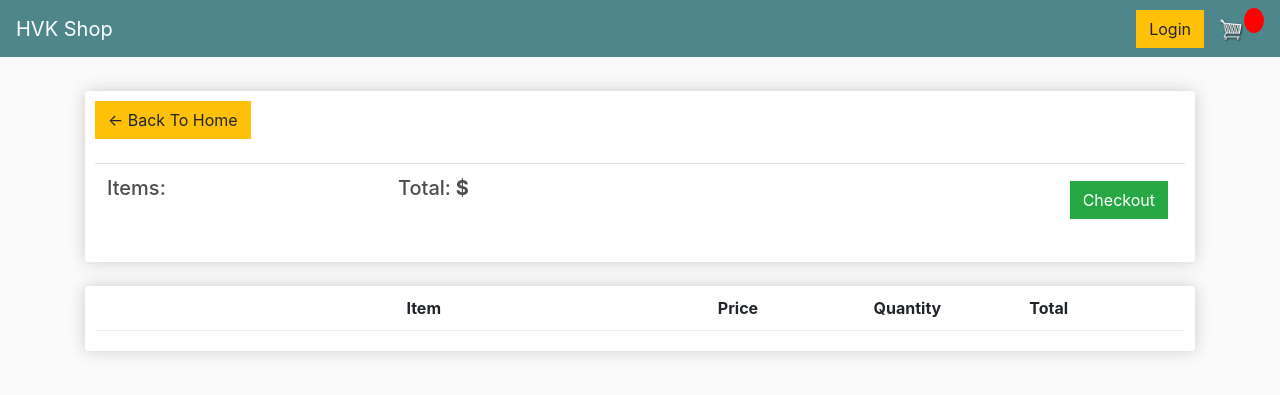
Repository: michaelphandeveloper/Ecommerce-Website-Python
Page: ecommerce/store/templates/store/cart.html
The author's editor kept a copy of each file at every save. The page is drawn from the files as they stood at one save, then again after the next save.
The browser window is 1280 px wide. The pictures show the whole page.
The template is drawn by Django 4.2. The application's start-up code is not run. Other server files are loaded and not shown. The template is opened directly, without the code that normally fills it, so the values that code supplies are empty.

Above is the page before, as saved 2022-12-21 19:00:46.

### ecommerce/store/templates/store/cart.html
{% extends 'store/main.html' %} {% load static %} {% block content %}
<div class="row">
  <div class="col-lg-12">
    <div class="box-element">
      <a class="btn btn-warning" href="{% url 'store' %}"
        >&#x2190; Back To Home</a
      >

      <br />
      <br />
      <table class="table">
        <tr>
          <th>
            <h5>Items: <strong>{{order.get_cart_items}}</strong></h5>
          </th>
          <th>
            <h5>Total:<strong> ${{order.get_cart_total}}</strong></h5>
          </th>
          <th>
            <a
              style="float: right; margin: 5px"
              class="btn btn-success"
              href="{% url 'checkout' %}"
              >Checkout</a
            >
          </th>
        </tr>
      </table>
    </div>

    <br />
    <div class="box-element">
      <div class="cart-row">
        <div style="flex: 2"></div>
        <div style="flex: 2"><strong>Item</strong></div>
        <div style="flex: 1"><strong>Price</strong></div>
        <div style="flex: 1"><strong>Quantity</strong></div>
        <div style="flex: 1"><strong>Total</strong></div>
      </div>

      {% for item in items %}
      <div class="cart-row">
        <div style="flex: 2">
          <img class="row-image" src="{{item.product.image.url}}" />
        </div>
        <div style="flex: 2"><p>{{item.product.name}}</p></div>
        <div style="flex: 1"><p>${{item.product.price|floatformat:2}}</p></div>
        <div style="flex: 1">
          <p class="quantity">{{item.quantity}}</p>
          <div class="quantity">
            <img
              data-product="{{item.product.id}}"
              data-action="add"
              class="chg-quantity update-cart"
              src="{% static  'images/arrow-up.png' %}"
            />

            <img
              data-product="{{item.product.id}}"
              data-action="remove"
              class="chg-quantity update-cart"
              src="{% static  'images/arrow-down.png' %}"
            />
          </div>
        </div>
        <div style="flex: 1"><p>${{item.get_total}}</p></div>
      </div>
      {% endfor %}
    </div>
  </div>
</div>
{% endblock content %}

### ecommerce/store/templates/store/main.html
<!DOCTYPE html>
{% load static %}

<style>
  .hello-msg {
    color: #ffffff;
  }
</style>

<html>
  <head>
    <title>Home</title>

    <meta
      name="viewport"
      content="width=device-width, initial-scale=1, maximum-scale=1, minimum-scale=1"
    />

    <link
      rel="stylesheet"
      href="https://stackpath.bootstrapcdn.com/bootstrap/4.4.1/css/bootstrap.min.css"
      integrity="sha384-Vkoo8x4CGsO3+Hhxv8T/Q5PaXtkKtu6ug5TOeNV6gBiFeWPGFN9MuhOf23Q9Ifjh"
      crossorigin="anonymous"
    />

    <link rel="stylesheet" type="text/css" href="{% static 'css/main.css' %}" />

    <script type="text/javascript">
      var user = "{{request.user}}";

      function getToken(name) {
        var cookieValue = null;
        if (document.cookie && document.cookie !== "") {
          var cookies = document.cookie.split(";");
          for (var i = 0; i < cookies.length; i++) {
            var cookie = cookies[i].trim();
            if (cookie.substring(0, name.length + 1) === name + "=") {
              cookieValue = decodeURIComponent(
                cookie.substring(name.length + 1)
              );
              break;
            }
          }
        }
        return cookieValue;
      }
      var csrftoken = getToken("csrftoken");
      console.log("CSRFToken: ", csrftoken);

      function getCookie(name) {
        // Split cookie string and get all individual name=value pairs in array
        var cookieArr = document.cookie.split(";");

        // Loop through the array elements
        for (var i = 0; i < cookieArr.length; i++) {
          var cookiePair = cookieArr[i].split("=");

          /* Removing whitespace at the beginning of the cookie name and compare it with the given string */
          if (name == cookiePair[0].trim()) {
            // Decode the cookie value and return
            return decodeURIComponent(cookiePair[1]);
          }
        }

        // Return null if not found
        return null;
      }

      var cart = JSON.parse(getCookie("cart"));
      if (cart == undefined) {
        cart = {};
        console.log("Cart Created!", cart);
        document.cookie = "cart=" + JSON.stringify(cart) + ";domain=;path=/";
      }

      console.log("Cart:", cart);
    </script>
  </head>
  <body>
    <nav class="navbar navbar-expand-lg navbar-dark bg-dark">
      <a class="navbar-brand" href="{% url 'store' %}">HVK Shop</a>
      <button
        class="navbar-toggler"
        type="button"
        data-toggle="collapse"
        data-target="#navbarSupportedContent"
        aria-controls="navbarSupportedContent"
        aria-expanded="false"
        aria-label="Toggle navigation"
      >
        <span class="navbar-toggler-icon"></span>
      </button>

      <div class="collapse navbar-collapse" id="navbarSupportedContent">
        <ul class="navbar-nav mr-auto">
          <li class="nav-item active"></li>
        </ul>
        <div class="form-inline my-2 my-lg-0">
          {% if user.is_authenticated %}
          <span class="hello-msg"
            >Hello, {{request.user}}
            <a class="btn btn-warning" href="{% url 'logout' %}">Logout</a>
          </span>
          {% else %}
          <a href="{% url 'login' %}" class="btn btn-warning">Login</a>
          {% endif %}

          <a href="{% url 'cart' %}">
            <img id="cart-icon" src="{% static 'images/cart.png' %}" />
          </a>
          <p id="cart-total">{{cartItems}}</p>
        </div>
      </div>
    </nav>

    <div class="container">
      <br />
      {% block content %} {% endblock content %}
    </div>

    <script
      src="https://code.jquery.com/jquery-3.4.1.slim.min.js"
      integrity="sha384-J6qa4849blE2+poT4WnyKhv5vZF5SrPo0iEjwBvKU7imGFAV0wwj1yYfoRSJoZ+n"
      crossorigin="anonymous"
    ></script>

    <script
      src="https://cdn.jsdelivr.net/npm/popper.js@1.16.0/dist/umd/popper.min.js"
      integrity="sha384-Q6E9RHvbIyZFJoft+2mJbHaEWldlvI9IOYy5n3zV9zzTtmI3UksdQRVvoxMfooAo"
      crossorigin="anonymous"
    ></script>

    <script
      src="https://stackpath.bootstrapcdn.com/bootstrap/4.4.1/js/bootstrap.min.js"
      integrity="sha384-wfSDF2E50Y2D1uUdj0O3uMBJnjuUD4Ih7YwaYd1iqfktj0Uod8GCExl3Og8ifwB6"
      crossorigin="anonymous"
    ></script>

    <script type="text/javascript" src="{% static 'js/cart.js' %}"></script>
  </body>
  <footer></footer>
</html>

### ecommerce/static/css/main.css
body {
  background-color: hsl(0, 0%, 98%);
}

h1,
h2,
h3,
h4,
h5,
h6 {
  color: hsl(0, 0%, 30%);
}

.box-element {
  box-shadow: hsl(0, 0%, 80%) 0 0 16px;
  background-color: #fff;
  border-radius: 4px;
  padding: 10px;
}

.thumbnail {
  width: 100%;
  height: 200px;
  -webkit-box-shadow: -1px -3px 5px -2px rgba(214, 214, 214, 1);
  -moz-box-shadow: -1px -3px 5px -2px rgba(214, 214, 214, 1);
  box-shadow: -1px -3px 5px -2px rgba(214, 214, 214, 1);
}

.product {
  border-radius: 0 0 4px 4px;
}

.bg-dark {
  background-color: #4f868c !important;
}

#cart-icon {
  width: 25px;
  display: inline-block;
  margin-left: 15px;
}

#cart-total {
  display: block;
  text-align: center;
  color: #fff;
  background-color: red;
  width: 20px;
  height: 25px;
  border-radius: 50%;
  font-size: 14px;
}

.col-lg-3,
.col-lg-6,
.col-lg-8,
.col-lg-12 {
  margin-top: 10px;
}

.btn {
  border-radius: 0;
}

.row-image {
  width: 100px;
}

.form-field {
  width: 250px;
  display: inline-block;
  padding: 5px;
}

.cart-row {
  display: flex;
  align-items: flex-stretch;
  padding-bottom: 10px;
  margin-bottom: 10px;
  border-bottom: 1px solid #ececec;
}

.quantity {
  display: inline-block;
  font-weight: 700;
  padding-right: 10px;
}

.chg-quantity {
  width: 12px;
  cursor: pointer;
  display: block;
  margin-top: 5px;
  transition: 0.1s;
}

.chg-quantity:hover {
  opacity: 0.6;
}

.hidden {
  display: none !important;
}

### ecommerce/static/js/cart.js
var updateBtns = document.getElementsByClassName("update-cart");

for (i = 0; i < updateBtns.length; i++) {
  updateBtns[i].addEventListener("click", function () {
    var productId = this.dataset.product;
    var action = this.dataset.action;
    console.log("ID: ", productId, "Action: ", action);

    console.log("user: ", user);
    if (user === "AnonymousUser") {
      addCookieItem(productId, action);
    } else {
      updateUserOrder(productId, action);
    }
  });
}

function addCookieItem(productId, action) {
  console.log("Not logged in...");

  if (action == "add") {
    if (cart[productId] == undefined) {
      cart[productId] = { quantity: 1 };
    } else {
      cart[productId]["quantity"] += 1;
    }
  }

  if (action == "remove") {
    cart[productId]["quantity"] -= 1;

    if (cart[productId]["quantity"] <= 0) {
      console.log("Item has been removed from your cart");
      delete cart[productId];
    }
  }
  console.log("Cart:", cart);
  document.cookie = "cart=" + JSON.stringify(cart) + ";domain=;path=/";
  location.reload();
}

function updateUserOrder(productId, action) {
  console.log("Logged in");

  var url = "/update_item/";

  fetch(url, {
    method: "POST",
    headers: {
      "Content-Type": "application/json",
      "X-CSRFToken": csrftoken,
    },
    body: JSON.stringify({ productId: productId, action: action }),
  })
    .then((response) => {
      return response.json();
    })

    .then((data) => {
      console.log("data:", data);
      location.reload();
    });
}

After the next save:
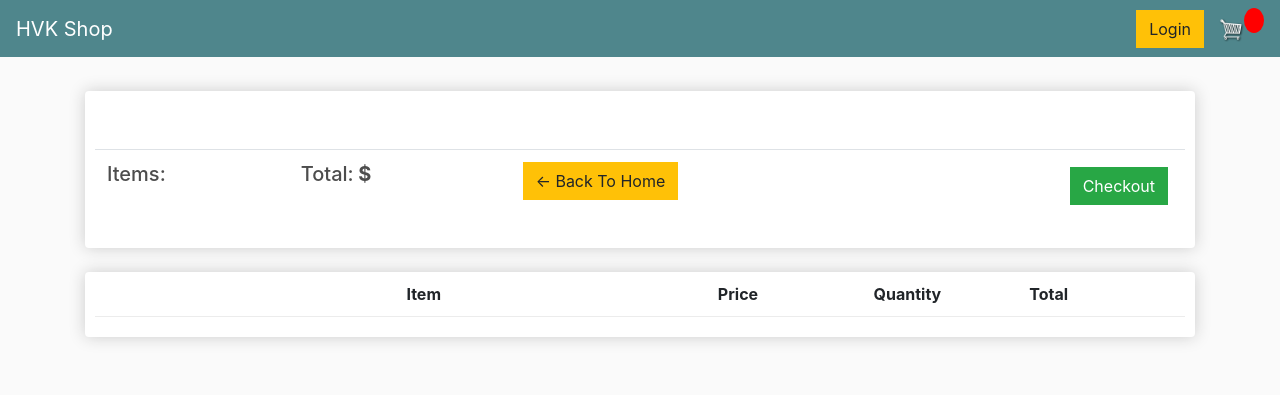
Saved 12 s later.
--- a/ecommerce/store/templates/store/cart.html
+++ b/ecommerce/store/templates/store/cart.html
@@ -2,10 +2,6 @@
 <div class="row">
   <div class="col-lg-12">
     <div class="box-element">
-      <a class="btn btn-warning" href="{% url 'store' %}"
-        >&#x2190; Back To Home</a
-      >
-
       <br />
       <br />
       <table class="table">
@@ -22,6 +18,9 @@
               class="btn btn-success"
               href="{% url 'checkout' %}"
               >Checkout</a
+            >
+            <a class="btn btn-warning" href="{% url 'store' %}"
+              >&#x2190; Back To Home</a
             >
           </th>
         </tr>
